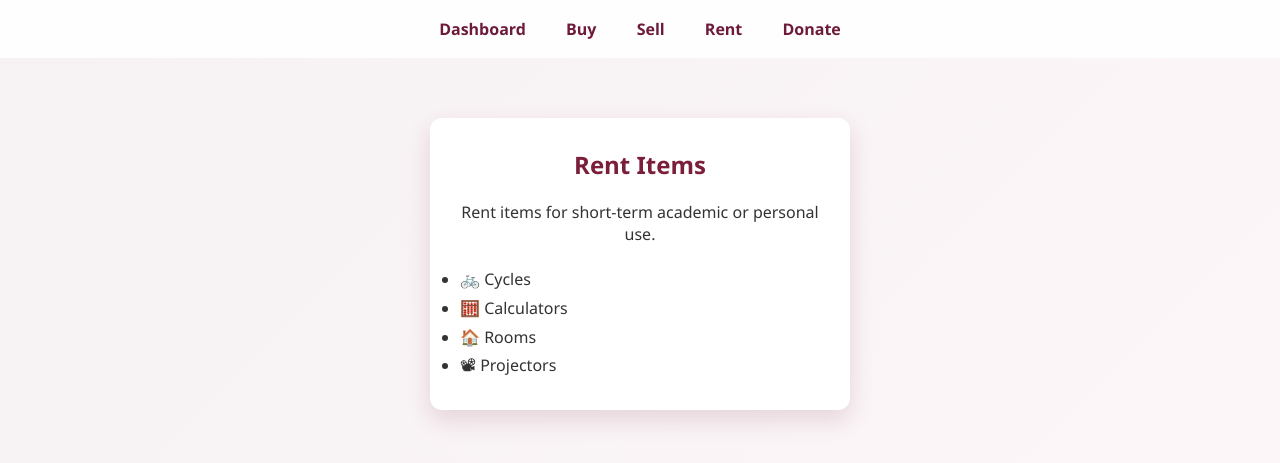
Repository: Sanjaya1822/Campus-Exchange
Page: http://localhost/CampusExchange/rent.jsp
The author's editor kept a copy of each file at every save. The page is drawn from the files as they stood at one save, then again after the next save.
The browser window is 1280 px wide. The pictures show the whole page.
The page is served by Tomcat 9. The session is filled in as if someone had signed in: {"userEmail": "test@example.com"}. Other server files are loaded and not shown. Queries for data that is not in the repository find no rows.

Above is the page before, as saved 2026-02-01 13:32:24.

### CampusExchange/src/main/webapp/rent.jsp
<%
    if (session == null || session.getAttribute("userEmail") == null) {
        response.sendRedirect("login.jsp");
        return;
    }
%>
<%@ page language="java" contentType="text/html; charset=UTF-8" %>
<!DOCTYPE html>
<html>
<head>
    <title>Rent - CampusExchange</title>
    <link rel="stylesheet" href="css/style.css">
</head>
<body>

<div class="navbar">
    <a href="dashboard.jsp">Dashboard</a>
    <a href="buy.jsp">Buy</a>
    <a href="sell.jsp">Sell</a>
    <a href="rent.jsp">Rent</a>
    <a href="donate.jsp">Donate</a>
</div>

<div class="auth-container">
    <h2>Rent Items</h2>
    <p style="text-align:center;">
        Rent items for short-term academic or personal use.
    </p>

    <ul style="margin-top:20px; line-height:1.8;">
        <li>🚲 Cycles</li>
        <li>🧮 Calculators</li>
        <li>🏠 Rooms</li>
        <li>📽 Projectors</li>
    </ul>
</div>

</body>
</html>

### CampusExchange/src/main/webapp/css/style.css
/* ================= RESET ================= */
* {
    margin: 0;
    padding: 0;
    box-sizing: border-box;
    font-family: "Segoe UI", Arial, sans-serif;
}

/* ================= PAGE BACKGROUND ================= */
body {
    background: linear-gradient(
        rgba(0,0,0,0.55),
        rgba(0,0,0,0.55)
    ),
    url("../images/bg.jpg") no-repeat center center / cover;
    min-height: 100vh;
    color: #333;
}

/* ================= NAVBAR ================= */
.navbar {
    width: 100%;
    padding: 18px;
    text-align: center;
    background: rgba(255,255,255,0.95);
}

.navbar a {
    margin: 0 18px;
    text-decoration: none;
    color: #6d1b3b;
    font-weight: 600;
    font-size: 16px;
}

.navbar a:hover {
    color: #9c274d;
}

/* ================= HERO ================= */
.hero {
    margin-top: 120px;
    text-align: center;
    color: #ffffff;
}

.hero h1 {
    font-size: 52px;
    letter-spacing: 1px;
}

.hero p {
    margin-top: 15px;
    font-size: 18px;
    max-width: 650px;
    margin-left: auto;
    margin-right: auto;
    opacity: 0.95;
}

/* ================= CTA ================= */
.cta {
    margin-top: 30px;
}

.cta a {
    display: inline-block;
    padding: 14px 30px;
    background: #6d1b3b;
    color: #ffffff;
    text-decoration: none;
    border-radius: 30px;
    font-size: 16px;
    font-weight: 600;
}

.cta a:hover {
    background: #9c274d;
}

/* ================= FEATURES ================= */
.features {
    background: #f7f3f5;
    padding: 70px 20px;
    margin-top: 120px;
}

.features h2 {
    text-align: center;
    margin-bottom: 40px;
    color: #6d1b3b;
    font-size: 32px;
}

/* ================= FEATURE GRID ================= */
.feature-grid {
    display: grid;
    grid-template-columns: repeat(auto-fit, minmax(220px, 1fr));
    gap: 30px;
    max-width: 1000px;
    margin: auto;
}

/* ================= FEATURE CARD ================= */
.feature-card {
    background: #ffffff;
    padding: 30px;
    border-radius: 14px;
    text-align: center;
    box-shadow: 0 15px 30px rgba(0,0,0,0.15);
    transition: transform 0.3s ease, box-shadow 0.3s ease;
}

.feature-card i {
    font-size: 34px;
    color: #6d1b3b;
    margin-bottom: 15px;
}

.feature-card h3 {
    margin-bottom: 10px;
    color: #6d1b3b;
}

.feature-card p {
    font-size: 14px;
    line-height: 1.6;
}

.feature-card a {
    display: inline-block;
    margin-top: 15px;
    color: #9c274d;
    font-weight: 600;
    text-decoration: none;
}

.feature-card:hover {
    transform: translateY(-8px);
    box-shadow: 0 25px 45px rgba(0,0,0,0.25);
}

/* ================= INFO SECTION ================= */
.info {
    background: #ffffff;
    padding: 70px 20px;
}

.info h2 {
    text-align: center;
    color: #6d1b3b;
    margin-bottom: 25px;
}

.info p {
    max-width: 800px;
    margin: auto;
    text-align: center;
    line-height: 1.7;
    font-size: 15px;
}

/* ================= FOOTER ================= */
.footer {
    background: #6d1b3b;
    color: #ffffff;
    padding: 20px;
    text-align: center;
    font-size: 14px;
}
/* ================= AUTH PAGES ================= */
.auth-container {
    width: 420px;
    background: rgba(255,255,255,0.97);
    padding: 35px;
    border-radius: 14px;
    box-shadow: 0 20px 40px rgba(0,0,0,0.3);
    margin: 120px auto;
}

.auth-container h2 {
    text-align: center;
    margin-bottom: 25px;
    color: #6d1b3b;
}

/* Input group */
.auth-group {
    margin-bottom: 18px;
}

.auth-group label {
    display: block;
    margin-bottom: 6px;
    font-weight: 600;
    color: #444;
}

.auth-group input {
    width: 100%;
    padding: 12px;
    border-radius: 6px;
    border: 1px solid #ccc;
    font-size: 15px;
}

.auth-group input:focus {
    outline: none;
    border-color: #9c274d;
    box-shadow: 0 0 5px rgba(156,39,77,0.4);
}

/* Submit button */
.auth-btn {
    width: 100%;
    padding: 12px;
    background: #6d1b3b;
    color: white;
    border: none;
    border-radius: 6px;
    font-size: 16px;
    font-weight: 600;
    cursor: pointer;
    margin-top: 10px;
}

.auth-btn:hover {
    background: #9c274d;
}

/* Auth links */
.auth-link {
    text-align: center;
    margin-top: 18px;
}

.auth-link a {
    text-decoration: none;
    color: #6d1b3b;
    font-weight: 600;
}

.auth-link a:hover {
    text-decoration: underline;
}
/* ================= DASHBOARD ================= */

.dashboard-grid {
    display: grid;
    grid-template-columns: repeat(2, 1fr);
    gap: 20px;
    margin-top: 20px;
}

.dash-card {
    display: block;
    padding: 25px;
    border-radius: 12px;
    text-decoration: none;
    background: #f7f3f5;
    color: #333;
    box-shadow: 0 10px 20px rgba(0,0,0,0.15);
    transition: transform 0.3s ease, box-shadow 0.3s ease;
}

.dash-card h3 {
    color: #6d1b3b;
    margin-bottom: 8px;
}

.dash-card:hover {
    transform: translateY(-6px);
    box-shadow: 0 18px 30px rgba(0,0,0,0.25);
}
.error-msg {
    color: #7b1e3a;
    background: #fdecee;
    padding: 10px;
    border-radius: 6px;
    text-align: center;
    margin-bottom: 15px;
}
/* SELL / FORM PAGE CLEAN BACKGROUND */
body {
    background: linear-gradient(135deg, #f6f1f3, #fdf7f9);
    font-family: 'Segoe UI', sans-serif;
}

.auth-container {
    background: #ffffff;
    padding: 30px;
    max-width: 500px;
    margin: 60px auto;
    border-radius: 12px;
    box-shadow: 0 10px 25px rgba(123, 30, 58, 0.15);
}

.auth-container h2 {
    color: #7b1e3a;
    text-align: center;
    margin-bottom: 20px;
}

.auth-container label {
    color: #5a1a2b;
    font-weight: 500;
}

.auth-container input,
.auth-container textarea,
.auth-container select {
    width: 100%;
    padding: 10px;
    margin-bottom: 15px;
    border-radius: 6px;
    border: 1px solid #ccc;
}

.auth-container input[type="submit"] {
    background: #7b1e3a;
    color: white;
    border: none;
    cursor: pointer;
    font-weight: bold;
}

.auth-container input[type="submit"]:hover {
    background: #5a1428;
}
.items-grid {
    display: grid;
    grid-template-columns: repeat(auto-fit, minmax(220px, 1fr));
    gap: 20px;
    margin-top: 20px;
}

.item-card {
    background: #fff;
    border-radius: 10px;
    padding: 15px;
    box-shadow: 0 8px 20px rgba(0,0,0,0.08);
    text-align: center;
}

.item-card img {
    width: 100%;
    height: 180px;
    object-fit: cover;
    border-radius: 8px;
}

.item-card h3 {
    color: #7b1e3a;
    margin: 10px 0 5px;
}

.item-card p {
    font-size: 14px;
    color: #555;
}

.item-card .price {
    font-weight: bold;
    color: #5a1428;
    margin-top: 8px;
}

### CampusExchange/src/main/java/com/campusexchange/db/DBConnection.java
package com.campusexchange.db;

import java.sql.Connection;
import java.sql.DriverManager;

public class DBConnection {

    private static final String URL =
        "jdbc:postgresql://localhost:5432/campusexchange";
    private static final String USER = "postgres";
    private static final String PASSWORD = "123";

    public static Connection getConnection() {
        Connection con = null;
        try {
            Class.forName("org.postgresql.Driver");
            con = DriverManager.getConnection(URL, USER, PASSWORD);
            System.out.println("DB Connected Successfully");
        } catch (Exception e) {
            e.printStackTrace(); // VERY IMPORTANT
        }
        return con;
    }
}

After the next save:
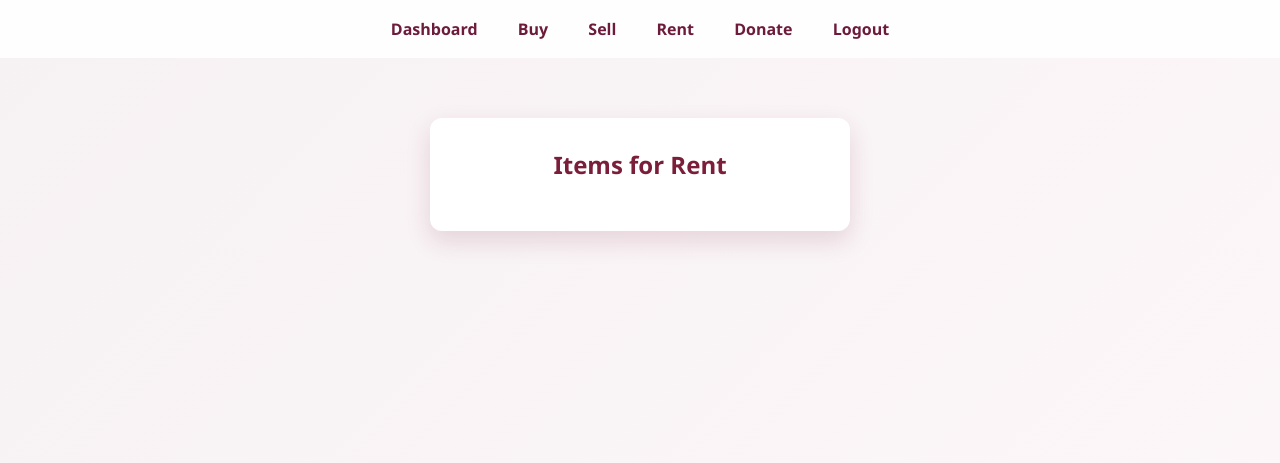
Saved 2 min 0 s later.
--- a/CampusExchange/src/main/webapp/rent.jsp
+++ b/CampusExchange/src/main/webapp/rent.jsp
@@ -1,14 +1,16 @@
+<%@ page import="java.sql.*" %>
+<%@ page import="com.campusexchange.db.DBConnection" %>
 <%
     if (session == null || session.getAttribute("userEmail") == null) {
         response.sendRedirect("login.jsp");
         return;
     }
 %>
-<%@ page language="java" contentType="text/html; charset=UTF-8" %>
+
 <!DOCTYPE html>
 <html>
 <head>
-    <title>Rent - CampusExchange</title>
+    <title>Rent Items</title>
     <link rel="stylesheet" href="css/style.css">
 </head>
 <body>
@@ -19,20 +21,32 @@
     <a href="sell.jsp">Sell</a>
     <a href="rent.jsp">Rent</a>
     <a href="donate.jsp">Donate</a>
+    <a href="logout">Logout</a>
 </div>
 
 <div class="auth-container">
-    <h2>Rent Items</h2>
-    <p style="text-align:center;">
-        Rent items for short-term academic or personal use.
-    </p>
+    <h2>Items for Rent</h2>
 
-    <ul style="margin-top:20px; line-height:1.8;">
-        <li>🚲 Cycles</li>
-        <li>🧮 Calculators</li>
-        <li>🏠 Rooms</li>
-        <li>📽 Projectors</li>
-    </ul>
+    <div class="items-grid">
+    <%
+        Connection con = DBConnection.getConnection();
+        PreparedStatement ps =
+            con.prepareStatement("SELECT * FROM items WHERE category = 'rent' ORDER BY id DESC");
+        ResultSet rs = ps.executeQuery();
+
+        while (rs.next()) {
+    %>
+        <div class="item-card">
+            <img src="uploads/<%= rs.getString("image") %>">
+            <h3><%= rs.getString("title") %></h3>
+            <p><%= rs.getString("description") %></p>
+            <p class="price">₹ <%= rs.getDouble("price") %></p>
+        </div>
+    <%
+        }
+        con.close();
+    %>
+    </div>
 </div>
 
 </body>
